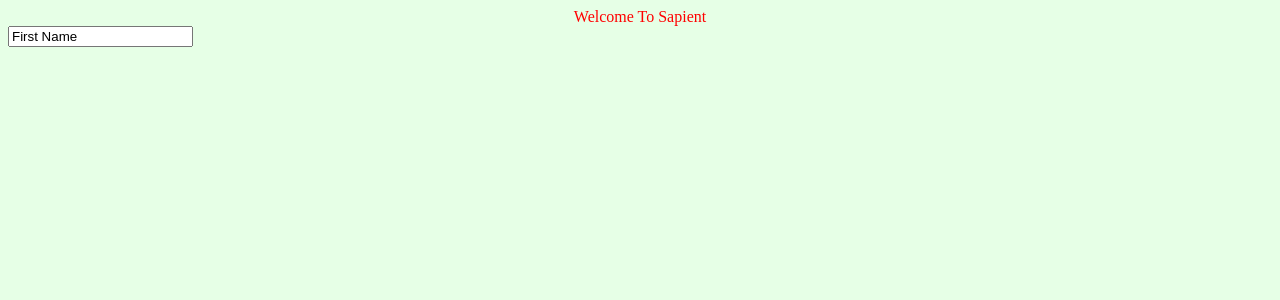
Repository: sauran/SapientTraining
Page: DemoProject/WebContent/Signup.html
These files come from the project's save history. The page is drawn as it stood at one moment and after the next save; the edit follows.
The browser window is 1280 px wide. The pictures show the whole page.

Above is the page before, as saved 2015-09-15 08:34:27.

### DemoProject/WebContent/Signup.html
<!DOCTYPE html>
<html>
<head>
<meta charset="ISO-8859-1">
<title>Sign Up</title>
</head>
<body style="background-color: #E6FFE6">
<center style="color:red"> Welcome To Sapient</center>

<input type="text" value = "First Name">




</body>
</html>

After the next save:
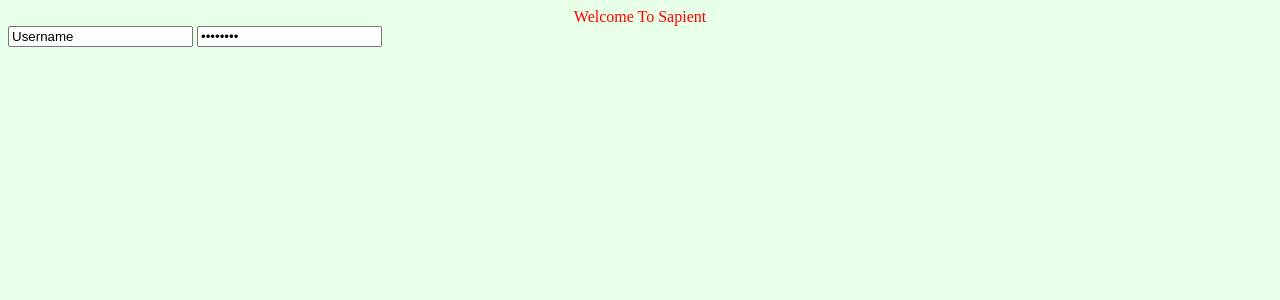
Saved 2 min 47 s later.
--- a/DemoProject/WebContent/Signup.html
+++ b/DemoProject/WebContent/Signup.html
@@ -5,9 +5,10 @@
 <title>Sign Up</title>
 </head>
 <body style="background-color: #E6FFE6">
-<center style="color:red"> Welcome To Sapient</center>
+<center style="color:red"> Welcome To Sapient </center>
 
-<input type="text" value = "First Name">
+<input type="text" value = "Username">
+<input type = "password" value = "Password">
 
 
 
